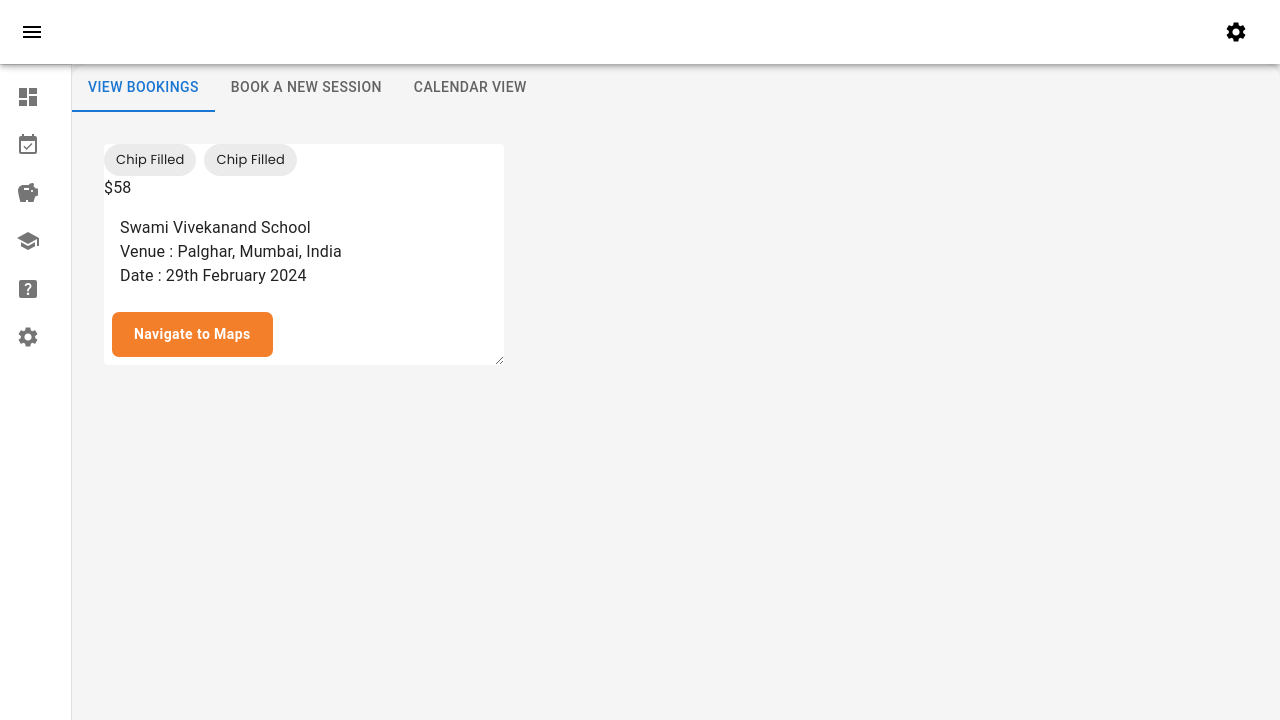
Repository: shubhampirate/Google_Solutions_Edural
Page: /bookings
An editor plug-in stored every save of this project. The page is shown before and after the next save, followed by the edit.
The browser window is 1280 px wide. The pictures show the whole page.
An inner scrolling area shows only its first screen. The project was rebuilt for these pictures with package versions that can differ from the ones it lists, and the page was loaded fresh each time. Some packages were replaced by stand-ins written for this rebuild. Also part of the build but not shown: src/Components/Navbar.jsx, src/Components/Footer.jsx, src/Components/CongratsCard.jsx, src/pages/Hero/Hero.jsx, src/pages/Dashboard/Dashboard.jsx, src/pages/Sign_in.jsx, src/pages/Bookings/LicenseCard.jsx.

Above is the page before, as saved 2024-02-04 17:13:05.

### src/index.js
import React from "react";
import ReactDOM from "react-dom/client";
import "./index.css";
import { GoogleOAuthProvider } from '@react-oauth/google';
import App from "./App";
import { BrowserRouter } from "react-router-dom";
const root = ReactDOM.createRoot(
    document.getElementById("root"));
root.render(
    <BrowserRouter>
<GoogleOAuthProvider clientId="730379698185-cv7a59sok9sod43v04ee6g6pt4gtaea2.apps.googleusercontent.com">
        {/* <React.StrictMode> */}
            <App />
        {/* </React.StrictMode> */}
    </GoogleOAuthProvider>
    </BrowserRouter>

);

### src/App.jsx
import Hero from "./pages/Hero/Hero";
import Dashboard from "./pages/Dashboard/Dashboard";
import Layout from "./Components/layout";
import SignIn from "./pages/Sign_in";
import Booking from "./pages/Bookings/bookings"
import {useState} from "react";
import { Route, Routes } from "react-router-dom";
function App() {
  return (
    <>
      {/* <Hero />   */}
      {/* <SignIn /> */}
      <Routes>
        <Route path="/signin" element={<><SignIn /></>} />
        <Route path="/dashboard" element={<Layout><Dashboard /></Layout>} />
        {/* <Route path="/education" element={<><Education /></>} /> */}
        <Route path="/bookings" element={<Layout><Booking /></Layout>} />
        {/* <Route path="/profile" element={<><Profile /></>} /> */}
        {/* <Route path="/finance" element={<><Finance /></>} /> */}
        {/* <Route path="/questions" element={<><Questions /></>} /> */}
        {/* <Route path="/retireaibot" element={<><Bot /></>} /> */}
        <Route path="/" element={<><Hero /></>} />
      </Routes>
         </>
  );
}

export default App;

### src/Components/layout.jsx
import React from 'react';
import { styled, createTheme, ThemeProvider } from '@mui/material/styles';
import CssBaseline from '@mui/material/CssBaseline';
import MuiDrawer from '@mui/material/Drawer';
import Box from '@mui/material/Box';
import MuiAppBar from '@mui/material/AppBar';
import Toolbar from '@mui/material/Toolbar';
import IconButton from '@mui/material/IconButton';
import MenuIcon from '@mui/icons-material/Menu';
import ChevronLeftIcon from '@mui/icons-material/ChevronLeft';
import { mainListItems } from './listItems';
import { List } from '@mui/material';
import Divider from '@mui/material/Divider';
import Badge from '@mui/material/Badge';
// import NotificationsIcon from '@mui/icons-material/Notifications';
import Typography from '@mui/material/Typography';
import SettingsIcon from '@mui/icons-material/Settings';
const drawerWidth = 240;

const AppBar = styled(MuiAppBar, {
  shouldForwardProp: (prop) => prop !== 'open',
})(({ theme, open }) => ({
  zIndex: theme.zIndex.drawer + 1,
  transition: theme.transitions.create(['width', 'margin'], {
    easing: theme.transitions.easing.sharp,
    duration: theme.transitions.duration.leavingScreen,
  }),
  ...(open && {
    marginLeft: drawerWidth,
    width: `calc(100% - ${drawerWidth}px)`,
    transition: theme.transitions.create(['width', 'margin'], {
      easing: theme.transitions.easing.sharp,
      duration: theme.transitions.duration.enteringScreen,
    }),
  }),
  backgroundColor: 'white', // Set background color to white
  color: 'black',
}));

const Drawer = styled(MuiDrawer, { shouldForwardProp: (prop) => prop !== 'open' })(
  ({ theme, open }) => ({
    '& .MuiDrawer-paper': {
      position: 'relative',
      whiteSpace: 'nowrap',
      width: drawerWidth,
      transition: theme.transitions.create('width', {
        easing: theme.transitions.easing.sharp,
        duration: theme.transitions.duration.enteringScreen,
      }),
      boxSizing: 'border-box',
      ...(!open && {
        overflowX: 'hidden',
        transition: theme.transitions.create('width', {
          easing: theme.transitions.easing.sharp,
          duration: theme.transitions.duration.leavingScreen,
        }),
        width: theme.spacing(7),
        [theme.breakpoints.up('sm')]: {
          width: theme.spacing(9),
        },
      }),
    },
  }),
);

const defaultTheme = createTheme();

const Layout = ({ children }) => {
  const [open, setOpen] = React.useState(false);

  const toggleDrawer = () => {
    setOpen(!open);
  };

  return (
    <ThemeProvider theme={defaultTheme}>
      <Box sx={{ display: 'flex' }}>
        <CssBaseline />
        <AppBar position="absolute" open={open}
        //  sx={{
        //         backgroundColor:
        //         // "rgba(244, 127, 42, 0.04)",
        //         (theme) =>
        //         theme.palette.mode === 'light'
        //             ? theme.palette.grey[100]
        //             : theme.palette.grey[900]}}
                    >
          <Toolbar
            sx={{
              pr: '24px', // keep right padding when drawer closed
            }}
          >
            <IconButton
              edge="start"
              color="inherit"
              aria-label="open drawer"
              onClick={toggleDrawer}
              sx={{
                marginRight: '36px',
                ...(open && { display: 'none' }),
              }}
            >
              <MenuIcon />
            </IconButton>
            <Typography
              component="h1"
              variant="h6"
              color="inherit"
              noWrap
              sx={{ flexGrow: 1 }}
            >
              {/* Dashboard */}
            </Typography>
            <IconButton color="inherit">
              {/* <Badge badgeContent={4} color="secondary"> */}
                <SettingsIcon />
              {/* </Badge> */}
            </IconButton>

          </Toolbar>
        </AppBar>
        <Drawer variant="permanent" open={open}>
          <Toolbar
            sx={{
              display: 'flex',
              alignItems: 'center',
              justifyContent: 'flex-end',
              px: [1],
            }}
          >
            <IconButton onClick={toggleDrawer}>
              <ChevronLeftIcon />
            </IconButton>
          </Toolbar>
          <Divider />
            <List component="nav">
                {mainListItems}
            </List>
        </Drawer>
        <Box
          component="main"
          sx={{
            backgroundColor: (theme) =>
              theme.palette.mode === 'light'
                ? theme.palette.grey[100]
                : theme.palette.grey[900],
            flexGrow: 1,
            height: '100vh',
            overflow: 'auto',
          }}
        >
          <Toolbar />
          {/* Content of individual pages */}
          {children}
        </Box>
      </Box>
    </ThemeProvider>
  );
};

export default Layout;

### src/pages/Bookings/bookings.jsx
import React, { useState, useEffect } from 'react';
import { styled, createTheme, ThemeProvider } from '@mui/material/styles';
import CssBaseline from '@mui/material/CssBaseline';
import Box from '@mui/material/Box';
import Tabs from '@mui/material/Tabs';
import Tab from '@mui/material/Tab';
import Card from '@mui/material/Card';
import CardContent from '@mui/material/CardContent';
import Typography from '@mui/material/Typography';
import GoogleMapReact from 'google-map-react'; // Install with npm/yarn
import FullCalendar from '@fullcalendar/react'; // Install with npm/yarn
import dayGridPlugin from '@fullcalendar/daygrid'; // Install with npm/yarn
import LicenseCard from './LicenseCard';
import { CardActions, Button } from '@mui/material';
import Chip from '@mui/material/Chip';
import CustomButton from '../../Components/CustomButton';
const defaultTheme = createTheme();

// Placeholder data for bookings and calendar events
const bookingsData = [
  { id: 1, title: 'Booking 1', date: '2024-02-10' },
  { id: 2, title: 'Booking 2', date: '2024-02-15' },
  // Add more booking data as needed
];

const calendarEvents = [
  { id: 1, title: 'Event 1', start: '2024-02-10', end: '2024-02-12' },
  { id: 2, title: 'Event 2', start: '2024-02-15', end: '2024-02-18' },
  // Add more calendar event data as needed
];

const AnyReactComponent = ({ text }) => <div>{text}</div>;

export default function Booking() {
  const [tabValue, setTabValue] = useState(0);

  const handleChangeTab = (event, newValue) => {
    setTabValue(newValue);
  };

  return (
    <ThemeProvider theme={defaultTheme}>
      <Box sx={{ display: 'flex', borderRadius: '16px', overflow: 'hidden', boxShadow: '0px 0px 10px rgba(0, 0, 0, 0.1)' }}>
        <CssBaseline />
        <Box
          component="main"
          sx={{
            backgroundColor: (theme) =>
              theme.palette.mode === 'light'
                ? theme.palette.grey[100]
                : theme.palette.grey[900],
            flexGrow: 1,
            height: '100vh',
            overflow: 'auto',
          }}
        >
          <Tabs value={tabValue} onChange={handleChangeTab}>
            <Tab label="View Bookings" />
            <Tab label="Book a New Session" />
            <Tab label="Calendar View" />
          </Tabs>

          {tabValue === 0 && (
            <Box>
              <Card
      variant="solid"
      color="primary"

      sx={{
        boxShadow: 'lg',
        width: 400,
        overflow: 'auto',
        resize: 'horizontal',
        marginLeft:'2rem',
        marginTop:'2rem',


      }}
    >
      <Box sx={{ display: 'flex', gap: 1 }}>
        <Chip size="sm" variant="soft" label="Chip Filled" />

        <Chip size="sm" variant="soft" label="Chip Filled" />

      </Box>
      <div>
        <Typography level="h2">
          $58{' '}
          <Typography fontSize="sm" textColor="text.tertiary">

          </Typography>
        </Typography>
      </div>
      <CardContent>
        <Typography level="title-lg"> Swami Vivekanand School </Typography>
        <Typography level="body-md">
         Venue : Palghar, Mumbai, India
        </Typography>
        <Typography level="body-md">
         Date : 29th February 2024
        </Typography>
      </CardContent>
      <CardActions>
      <CustomButton
              backgroundColor="#F47F2A"
              color="#fff"
              buttonText="Navigate to Maps"
              heroBtn={true}
            />
        {/* <Button variant="solid">Purchase Now</Button> */}
      </CardActions>
    </Card>
            </Box>
          )}

          {tabValue === 1 && (
            <Box>
              {/* Book a New Session Content */}
              {/* Use Google Maps component to search for schools */}
              <GoogleMapReact
                bootstrapURLKeys={{ key: 'YOUR_GOOGLE_MAPS_API_KEY' }}
                defaultCenter={{ lat: 37.7749, lng: -122.4194 }}
                defaultZoom={10}
              >
                <AnyReactComponent lat={37.7749} lng={-122.4194} text="Your Location" />
              </GoogleMapReact>
            </Box>
          )}

          {tabValue === 2 && (
             <Box>
             {/* Calendar View Content */}
             {/* <FullCalendar
               plugins={[dayGridPlugin]}
               initialView="dayGridMonth"
               events={calendarEvents}
             /> */}
           </Box>          )}
        </Box>
      </Box>
    </ThemeProvider>
  );
}

### src/Components/CustomButton.jsx
import { Button, styled } from "@mui/material";
import React from "react";

const CustomButton = ({
  backgroundColor,
  color,
  buttonText,
  heroBtn,
  guideBtn,
  getStartedBtn,
}) => {
  const CustomButton = styled(Button)(({ theme }) => ({
    backgroundColor: backgroundColor,
    color: color,
    fontWeight: "700",
    fontSize: "14px",
    cursor: "pointer",
    padding: "0.5rem 1.25rem",
    borderRadius: "7px",
    textTransform: "none",
    display: "block",
    border: "2px solid transparent",
    "&:hover": {
      backgroundColor: color,
      color: backgroundColor,
      borderColor: backgroundColor,
    },
    [theme.breakpoints.down("md")]: {
      margin: (heroBtn || getStartedBtn) && theme.spacing(0, "auto", 3, "auto"),
      width: (heroBtn || getStartedBtn) && "90%",
    },
    [theme.breakpoints.down("sm")]: {
      marginTop: guideBtn && theme.spacing(3),
      width: guideBtn && "90%",
    },
  }));

  return <CustomButton>{buttonText}</CustomButton>;
};

export default CustomButton;

### src/Components/listItems.jsx
import * as React from 'react';
import ListItemButton from '@mui/material/ListItemButton';
import ListItemIcon from '@mui/material/ListItemIcon';
import ListItemText from '@mui/material/ListItemText';
import DashboardIcon from '@mui/icons-material/Dashboard';
import MedicalInformationIcon from '@mui/icons-material/MedicalInformation';
import SavingsIcon from '@mui/icons-material/Savings';
import SchoolIcon from '@mui/icons-material/School';
import HelpCenterIcon from '@mui/icons-material/HelpCenter';
import SettingsIcon from '@mui/icons-material/Settings';
import SmartToyIcon from '@mui/icons-material/SmartToy';
import { Link } from 'react-router-dom';
// import GoogleTranslateComponent from './GoogleTranslateComponent';
import EventAvailableIcon from '@mui/icons-material/EventAvailable';

export const mainListItems = (
  <>
    <React.Fragment>
      <Link to="/dashboard" style={{ textDecoration: "none", color: "black" }}>
        <ListItemButton>
          <ListItemIcon>
            <DashboardIcon />
          </ListItemIcon>
          <ListItemText primary="Dashboard" />
        </ListItemButton>
      </Link>
      <Link to="/bookings" style={{ textDecoration: "none", color: "black" }}>
        <ListItemButton>
          <ListItemIcon>
            <EventAvailableIcon />
          </ListItemIcon>
          <ListItemText primary="Bookings" />
        </ListItemButton>
      </Link>
      <Link to="/donation" style={{ textDecoration: "none", color: "black" }}>
        <ListItemButton>
          <ListItemIcon>
            <SavingsIcon />
          </ListItemIcon>
          <ListItemText primary="Donation" />
        </ListItemButton>
      </Link>
      <Link to="/education" style={{ textDecoration: "none", color: "black" }}>
        <ListItemButton>
          <ListItemIcon>
            <SchoolIcon />
          </ListItemIcon>
          <ListItemText primary="Educational Test" />
        </ListItemButton>
      </Link>
      <Link to="/questions" style={{ textDecoration: "none", color: "black" }}>
        <ListItemButton>
          <ListItemIcon>
            <HelpCenterIcon />
          </ListItemIcon>
          <ListItemText primary="FAQ" />
        </ListItemButton>
      </Link>
      <Link to="/profile" style={{ textDecoration: "none", color: "black" }}>
        <ListItemButton>
          <ListItemIcon>
            <SettingsIcon />
          </ListItemIcon>
          <ListItemText primary="Profile" />
        </ListItemButton>
      </Link>
      {/* <Link to="/retireaibot" style={{ textDecoration: "none", color: "black" }}>
        <ListItemButton>
          <ListItemIcon>
            <SmartToyIcon />
          </ListItemIcon>
          <ListItemText primary="Retire AI Bot" />
        </ListItemButton>
      </Link> */}
    </React.Fragment >
  </>
);

Loaded but not shown: public/index.html (common file); src/index.css (common file)

After the next save:
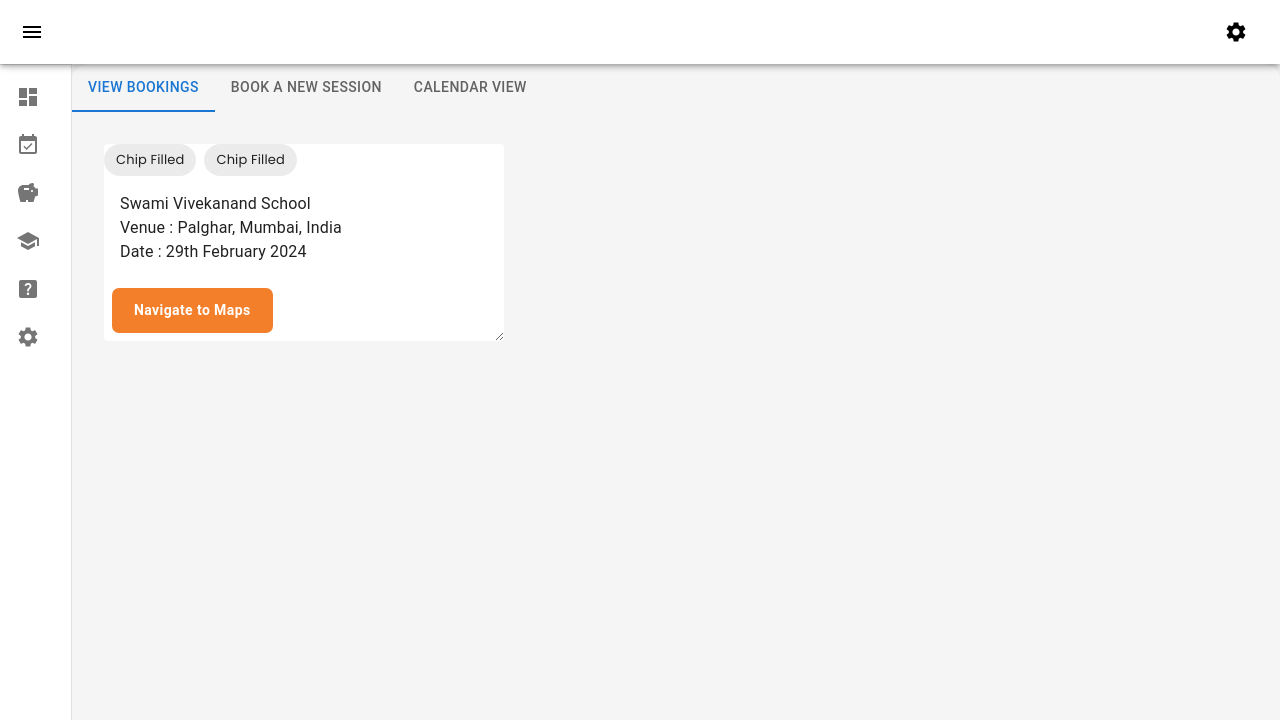
Saved 29 s later.
--- a/src/pages/Bookings/bookings.jsx
+++ b/src/pages/Bookings/bookings.jsx
@@ -84,11 +84,9 @@ export default function Booking() {
 
       </Box>
       <div>
-        <Typography level="h2">
-          $58{' '}
           <Typography fontSize="sm" textColor="text.tertiary">
-
-          </Typography>
+{/*
+          </Typography> */}
         </Typography>
       </div>
       <CardContent>
